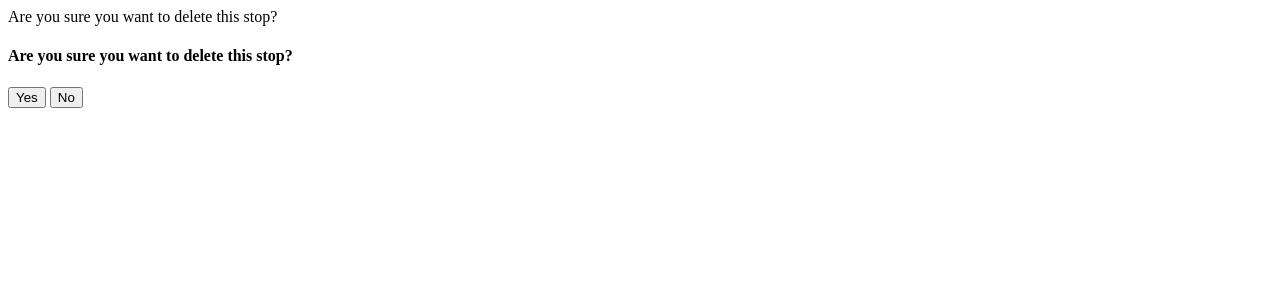
Repository: pruddiman062/ng-ShuttleApp
Page: src/app/manage/deletemodal.tpl.html
The author's editor kept a record of every edit. The page is drawn from the files as they stood at one moment, then again after the next edit.
The browser window is 1280 px wide. The pictures show the whole page.

Above is the page before.

After the next edit:
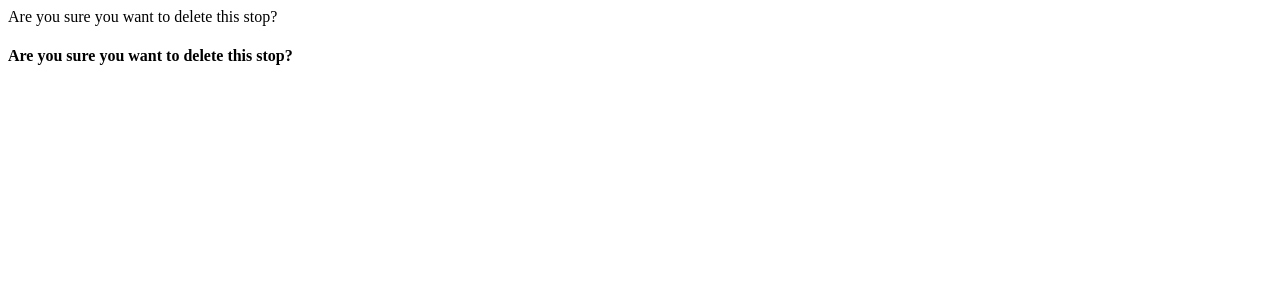
The edit:
--- a/src/app/manage/deletemodal.tpl.html
+++ b/src/app/manage/deletemodal.tpl.html
@@ -3,5 +3,5 @@
     <div class="col-md-2 col-md-offset-5"></div>
 </div>
     <h4>Are you sure you want to delete this stop?</h4>
-    <button class="btn btn-sm btn-primary" ng-click="yes()">Yes</button> <button class="btn btn-sm btn-primary" ng-click="no()">No</button>
+
 </div>
